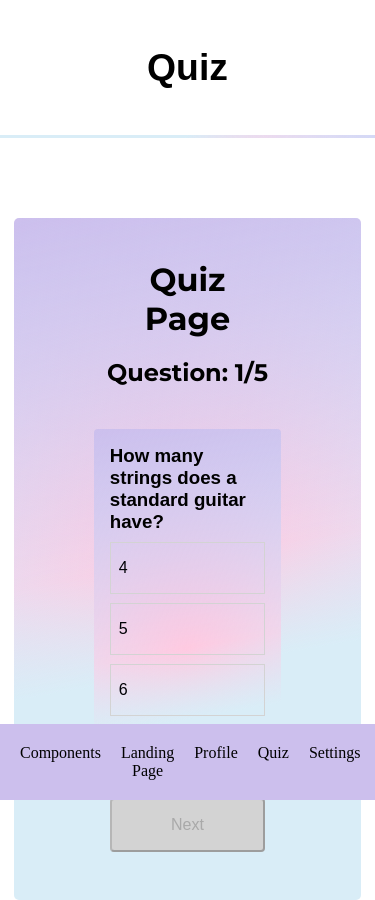
Repository: 1medi/pocketprof
Page: /quiz/page
The author's editor kept a copy of each file at every save. The page is drawn from the files as they stood at one save, then again after the next save.
The browser window is 375 px wide. The pictures show the whole page.
The project was rebuilt for these pictures with package versions that can differ from the ones it lists, and the page was loaded fresh each time. The framework's server and built-in components were replaced by stand-ins that run in the browser. Also part of the build but not shown: next.config.mjs, Components/Buttons/Oscar/Oscar.module.css, Components/Buttons/Oscar/index.js.

Above is the page before, as saved 2024-04-13 20:53:33.

### pages/quiz/page.jsx
'use client';
import React, { useState, useRef, useEffect } from 'react';
import { quiz } from "../data"
import styles from "./page.module.css"
import { Montserrat } from "next/font/google"
import Header from '@/Components/Header';
import NavBar from "@/Components/Navbar"


const notoSans = Montserrat({
  subsets: ['latin'],
});

export default function Page() {
  const [activeQuestion, setActiveQuestion] = useState(0);
  const [selectedAnswer, setSelectedAnswer] = useState('');
  const [checked, setChecked] = useState(false);
  const [selectedAnswerIndex, setSelectedAnswerIndex] = useState(null);
  const [showResult, setShowResult] = useState(false);
  const [result, setResult] = useState({
    score: 0,
    correctAnswers: 0,
    wrongAnswers: 0,
  });

  const nextButtonRef = useRef(null);

  const { questions } = quiz;
  const { answers, correctAnswer } = questions[activeQuestion];

  const onAnswerSelected = (answer, idx, event = null) => {
    if (event && event.type === 'keydown' && (event.key !== 'Enter' && event.key !== ' ')) {
      return;
    }
    setChecked(true);
    setSelectedAnswerIndex(idx);
    if (answer === correctAnswer) {
      setSelectedAnswer(true);
      console.log('true');
    } else {
      setSelectedAnswer(false);
      console.log('false');
    }
  };


  useEffect(() => {
    if (checked && nextButtonRef.current) {
      nextButtonRef.current.focus();
    }
  }, [checked]);

  const nextQuestion = () => {
    setSelectedAnswerIndex(null);
    setResult((prev) =>
      selectedAnswer
        ? {
            ...prev,
            score: prev.score + 5,
            correctAnswers: prev.correctAnswers + 1,
          }
        : {...prev,
            wrongAnswers: prev.wrongAnswers + 1,
          }
    );
    if (activeQuestion !== questions.length - 1) {
      setActiveQuestion((prev) => prev + 1);
    } else {
      setActiveQuestion(0);
      setShowResult(true);
    }
    setChecked(false);
  };

  return (
    <>
    <Header name="Quiz"/>
      <div className={`${styles.container}`}>
      <h1 className={styles.title}>Quiz Page</h1>
      <div>
        <h2 className={styles.activeQ}>
          Question: {activeQuestion + 1}
          <span>/{questions.length}</span>
        </h2>
      </div>
      <div>
        {!showResult ? (
          <div className={styles.quizContainer}>
            <h3 className={styles.question}>{questions[activeQuestion].question}</h3>
            {answers.map((answer, idx) => (
              <li
                key={idx}
                onClick={() => onAnswerSelected(answer, idx)}
                onKeyDown={(event) => onAnswerSelected(answer, idx, event)}
                className={`${styles.answerList} ${selectedAnswerIndex === idx ? styles.itemSelected : styles.itemHover}`}
                tabIndex={0}>
                <span>{answer}</span>
              </li>
            ))}

            <button
              ref={nextButtonRef}
              onClick={nextQuestion}
              className={checked ? styles.btn : styles.btnDisabled}
              tabIndex={2}
              disabled={!checked}>
              {activeQuestion === questions.length - 1 ? 'Finish' : 'Next'}
            </button>
          </div>
        ) : (
          <div className={styles.quizContainer}>
            <h3 className={styles.hthree}>Results</h3>
            <h3 className={styles.hthree}>Overall {(result.score / (questions.length * 5)) * 100}%</h3>
            <p className={styles.paragraph}>
              Total Questions: <span>{questions.length}</span>
            </p>
            <p className={styles.paragraph}>
              Total Score: <span>{result.score}</span>
            </p>
            <p className={styles.paragraph}>
              Correct Answers: <span>{result.correctAnswers}</span>
            </p>
            <p className={styles.paragraph}>
              Wrong Answers: <span>{result.wrongAnswers}</span>
            </p>
            <button className={styles.btn} onClick={() => window.location.reload()}>Restart</button>
          </div>
        )}
      </div>
    </div>
    <NavBar/>
    </>

  );
};

### styles/globals.css
:root {
background-color: white;
align-content: center;
--main-color-purple: #53239B;
--main-color-lightpurple: #CCBFED;
--secondary-color-blue: #9AB7F9;
--secondary-color-lightblue: #CCE3FB;

--font-header: 34pt ;
--font-section-header: 28pt;
--font-sub-header: 24pt;
--font-button: 16pt;
--font-body: 16pt;
--font-secondary: 14pt;
--font-tertiary:12pt;

--headings: "mont", sans-serif;
--body-text: "Noto Sans", sans-serif;

}


* {
    padding: 0;
    margin: 0;
  }

  ol,
  ul {
    list-style: none;
  }

### pages/data.js
export const quiz = {
    totalQuestions: 5,
    questions: [
      {
        id: 1,
        question: 'How many strings does a standard guitar have?',
        answers: ['4', '5', '6', '7'],
        correctAnswer: '6',
      },
      {
        id: 2,
        question: 'Which part of the guitar do you strum or pluck the strings with?',
        answers: ['Headstock', 'Fretboard', 'Body', 'Bridge'],
        correctAnswer: 'Body',
      },
      {
        id: 3,
        question: 'What is a pick used for in playing the guitar?',
        answers: ['Holding the strings down', 'Strumming or plucking the strings', 'Keeping the guitar in tune', 'San Marino'],
        correctAnswer: 'Strumming or plucking the strings',
      },
      {
        id: 4,
        question: 'What is the name of the thickest string on the guitar?',
        answers: ['A string', 'E string', 'D string', 'G string'],
        correctAnswer: 'E string',
      },
      {
        id: 5,
        question: 'Where do you place your fingers to play different notes on the guitar?',
        answers: ['On the body', 'On the headstock', 'On the strings over the fretboard', 'On the tuning pegs'],
        correctAnswer: 'On the strings over the fretboard',
      },
    ],
  };

### pages/quiz/page.module.css
@media only screen and (max-width:430px) {
  .container{
  padding: 2rem 5rem;
  background: linear-gradient(-10deg, #d9edf7 35%, rgba(237, 202, 216, 0) 50%, var(--main-color-lightpurple)), radial-gradient(circle, #ffcae1 0, #daeafc 100%);
  font-family: "Noto", sans-serif;
  max-width: 740px;
  width: 50%;
  margin: auto;
  margin-top: 5em;
  border-radius: 5px;

}

.title,
.activeQ{
  color: black;
  text-align: center;
  padding:10px;
  font-family: "Montserrat", "sans-serif";
}

.hthree {
  padding-bottom: 2rem;
  color: #000105;
  font-size: 1.8rem;
}

.btn {
  padding: 16px 8px;
  width: 100%;
  margin-top: 12px;
  font-size: 1rem;
  border-radius: 4px;
  cursor: pointer;
  background-color: var(--main-color-purple);
  color: #f8f8f8;
}

.btnDisabled {
  background-color: lightgray;
  padding: 16px 8px;
  width: 100%;
  margin-top: 12px;
  font-size: 1rem;
  border-radius: 4px;
  color: darkgray;

}

.answerList {
  list-style-type: none;
  cursor: pointer;
  margin: 9px 0;
  padding: 16px 8px;
  color: #000105;
  border: 1px solid lightgray;
}

.itemHover:hover {
  background-color: #CCBFED;
  columns: #fff;
}

.itemSelected {
  color: #fff;
  background-color:#8E71D5;
}

.quizContainer {
  background: linear-gradient(-10deg, #d9edf7 35%, rgba(237, 202, 216, 0) 50%, var(--main-color-lightpurple)), radial-gradient(circle, #ffcae1 0, #daeafc 100%);
  padding: 1rem;
  margin-top: 2rem;
  border-radius: 4px;
}

.paragraph {
  padding: 8px 0;
}
}

### Components/Header/index.js
import styles from "@/Components/Header/Header.module.css"
import Link from "next/link"
import { Montserrat } from "next/font/google"

const montserrat = Montserrat({
  subsets: ['latin'],
});
export default function Header({name}){
  return (
    <>
    <header className={styles.header}>

      <h1 className={styles.headerTitle}>{name}</h1>
    </header>
    </>
  )
}

### Components/Navbar/index.js
import styles from "./Navbar.module.css"
import Oscar from "@/Components/Buttons/Oscar"
import Link from "next/link"

export default function NavBar() {
  return (
    <nav className={styles.nav}>
        <div className={styles.navContainer}>
          <ul className={styles.navOptions}>
            <li className={styles.navLink}>
            <Link href={'/Components'} className={styles.navText}>Components </Link>
            </li>
            <li className={styles.navLink}>
            <Link href={'/LandingPage'} className={styles.navText}>Landing Page </Link>
            </li>
            <li className={styles.navLink}>
            <Link href={'/Profile'} className={styles.navText}>Profile </Link>
            </li>
            <li className={styles.navLink}>
            <Link href={'/QuizPage'} className={styles.navText}>Quiz</Link>
            </li>
            <li className={styles.navLink}>
            <Link href={'/Settings'} className={styles.navText}>Settings</Link>
            </li>
            <li className={styles.navLink}>
            <Link href={'/Subjects'} className={styles.navText}>Subjects</Link>
            </li>
          </ul>

        </div>
    </nav>
  )
}

### Components/Header/Header.module.css
.header{
  max-height: 400;
  height: 6em;
  position: relative;
  padding: 1.3rem;
  backdrop-filter: blur(10px);
  }

  .header::before {
    content: "";
    position: absolute;
    inset: 0;
    border-bottom: 3px solid transparent;
    background: linear-gradient(140deg,  #d9edf7 35%, rgba(237, 202, 216, 0) 50%, var(--main-color-lightpurple)), radial-gradient(circle, #ffcae1 0, #daeafc 100%) border-box;
    mask: linear-gradient(#fff 0 0) padding-box, linear-gradient(#fff 0 0);
    mask-composite: exclude;
  }


.headerTitle{
  text-align: center;
  margin:auto;
  display: flex;
  justify-content: center;
  color: black;
  padding-top: 25px;
  font-family: var(--headings);
  font-size: var(--font-section-header);
}

### Components/Navbar/Navbar.module.css
@media only screen and (max-width:430px) {
  .nav {
  position: fixed;
  bottom: 0;
  left: 0;
  width: 100%;
  display: flex;
  flex-direction: row;
  background-color:var(--main-color-lightpurple);
  justify-content: space-around;
}

.navContainer{
  position: relative;
  justify-content: space-around;
  width: 100%;
}
.buttonContainer{
  padding:10px;

}

.navOptions{
  display: flex;
  flex-direction: row;
  text-align: center;
  justify-content: space-around;
  padding: 10px;
  text-decoration: none;
}

.navLink{
  padding: 10px;
  border-radius: 10px;
  text-decoration: none;
  list-style: none;
  position: relative;
  justify-content: center;
}

.image:hover{
  background-color: #8b82a4;
}

.navText{
  text-decoration: none;
  list-style: none;
  color:black;
}

.navText:visited{
  text-decoration: none;
  list-style: none;
  color: black;
}
}

Loaded but not shown: pages/_app.js (common file); pages/_document.js (common file)

After the next save:
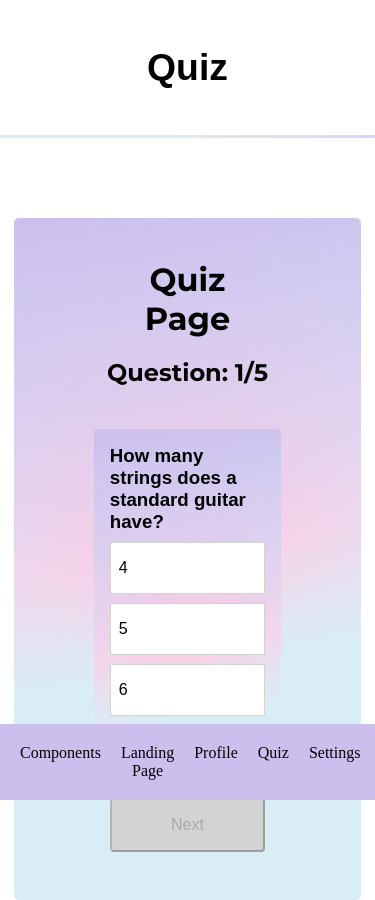
Saved 62 s later.
--- a/pages/quiz/page.module.css
+++ b/pages/quiz/page.module.css
@@ -76,4 +76,7 @@
 .paragraph {
   padding: 8px 0;
 }
+.answerList {
+  background-color: white;
 }
+}

After the save that followed:
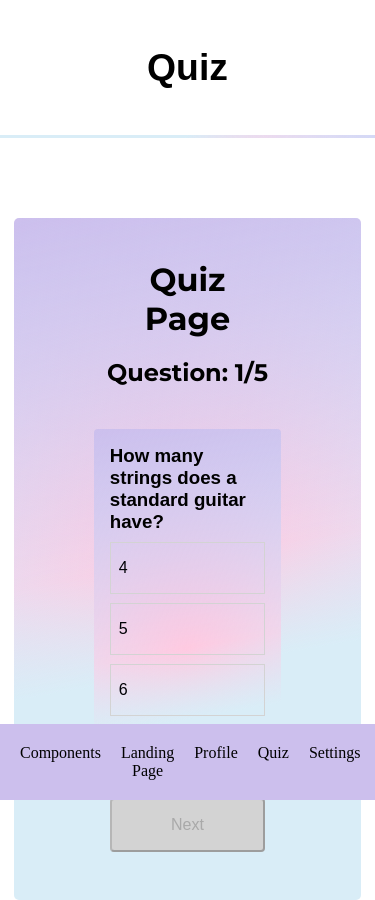
Saved 37 s later.
--- a/pages/quiz/page.module.css
+++ b/pages/quiz/page.module.css
@@ -76,7 +76,5 @@
 .paragraph {
   padding: 8px 0;
 }
-.answerList {
-  background-color: white;
+
 }
-}
